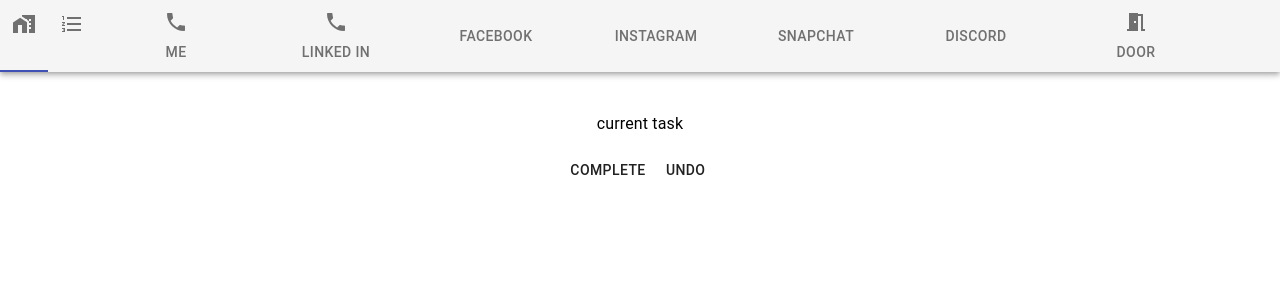
Repository: hossamsulleman1/CONTACTME
Page: / (app in my-app/)
An editor plug-in stored every save of this project. The page is shown before and after a run of saves, followed by the edit.
The browser window is 1280 px wide. The pictures show the whole page.
The project was rebuilt for these pictures with package versions that can differ from the ones it lists, and the page was loaded fresh each time. Also part of the build but not shown: my-app/src/Components/PageProp.jsx, my-app/src/Components/ProfileFolder/FriendsAvatarList.jsx, my-app/src/Components/ProfileFolder/Content.jsx.

Above is the page before, as saved 2020-11-08 11:15:34.

After the next 2 saves:
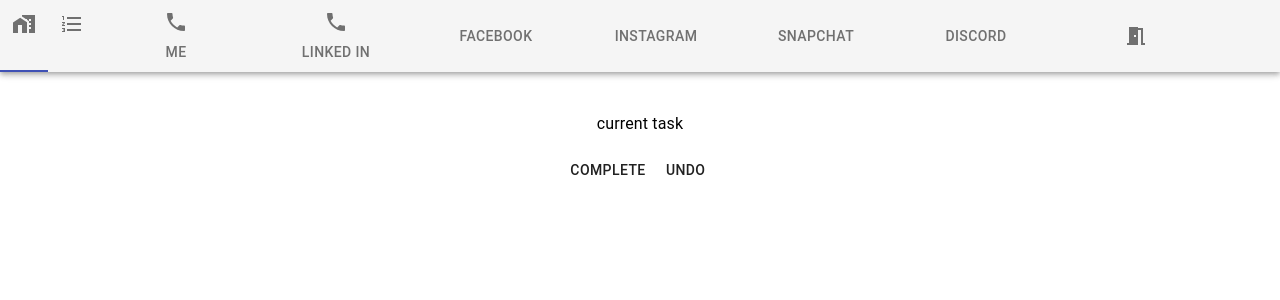
The 2 saves are shown as one change because they came seconds apart.
The last was saved 36 s later.
--- a/my-app/src/Components/IconNav.jsx
+++ b/my-app/src/Components/IconNav.jsx
@@ -108,7 +108,7 @@ export default function IconNav() {
           <Tab label="Instagram" {...a11yProps(3)} />
           <Tab label="Snapchat" {...a11yProps(4)} />
           <Tab label="Discord" {...a11yProps(5)} />
-          <Tab label="DOOR" icon={<MeetingRoomIcon />} {...a11yProps(6)} />
+          <Tab icon={<MeetingRoomIcon />} {...a11yProps(6)} />
         </Tabs>
       </AppBar>
       <TabPanel value={value} index={0}>
